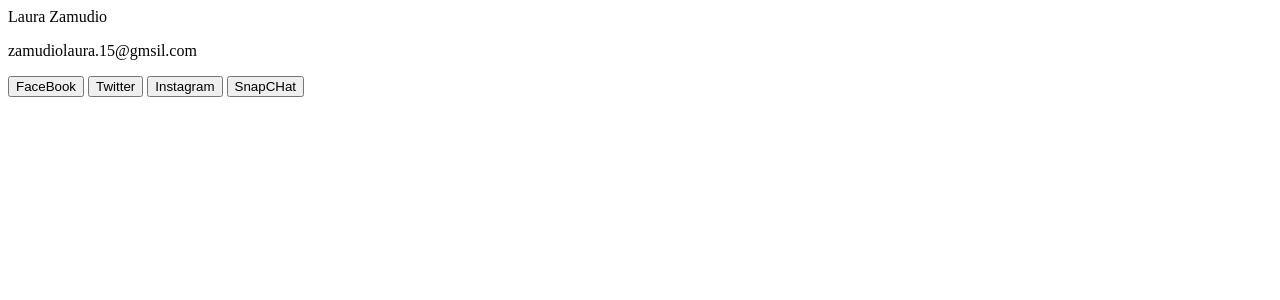
Repository: ZamlZam/LINK.
Page: index.html
These files come from the project's save history. The page is drawn as it stood at one moment and after a run of saves; the edit follows.
The browser window is 1280 px wide. The pictures show the whole page.

Above is the page before, as saved 2023-04-16 15:31:09.

### index.html
<!DOCTYPE html>
<html lang="en">
<head>
  <meta charset="UTF-8">
  <meta http-equiv="X-UA-Compatible" content="IE=edge">
  <meta name="viewport" content="width=device-width, initial-scale=1.0">
  <title>Link in bio</title>
</head>
<body>
  <hi> Laura Zamudio</hi>
  <p>zamudiolaura.15@gmsil.com</p>

 <div class="d-grid gap-2 col-6 mx-auto">
  <button class="btn btn-primary" type="button">FaceBook</button>
  <button class="btn btn-primary" type="button">Twitter</button>
  <button class="btn btn-primary" type="button">Instagram</button>
  <button class="btn btn-primary" type="button">SnapCHat</button>
</div>
</div>
</body>
</html>

After the next 2 saves:
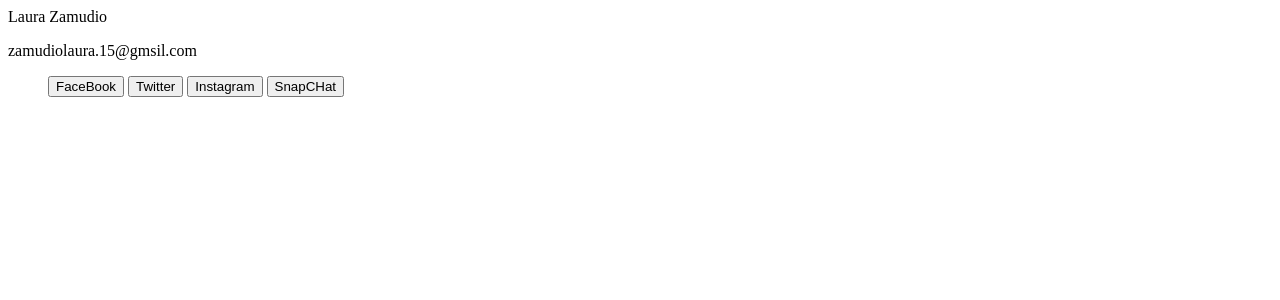
The 2 saves are shown as one change because they came seconds apart.
The last was saved 18 s later.
--- a/index.html
+++ b/index.html
@@ -9,7 +9,7 @@
 <body>
   <hi> Laura Zamudio</hi>
   <p>zamudiolaura.15@gmsil.com</p>
-
+  <ul
  <div class="d-grid gap-2 col-6 mx-auto">
   <button class="btn btn-primary" type="button">FaceBook</button>
   <button class="btn btn-primary" type="button">Twitter</button>

After the 4 saves that followed:
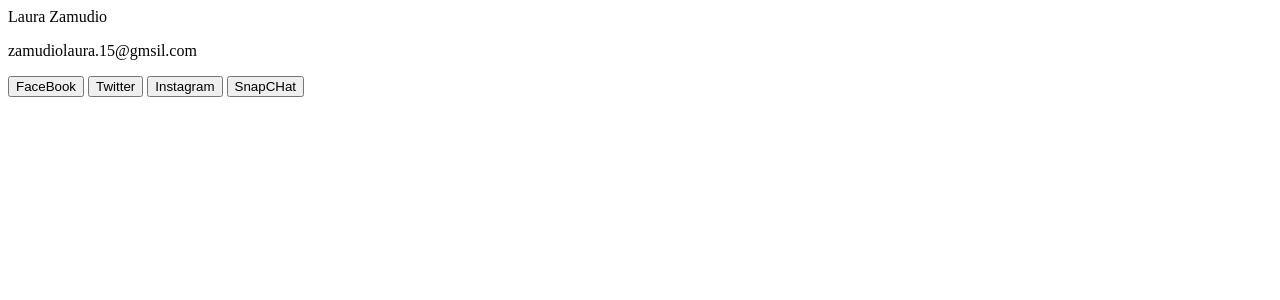
The 4 saves are shown as one change because 2 left the picture as it was and some came seconds apart.
The last was saved 25 s later.
--- a/index.html
+++ b/index.html
@@ -9,7 +9,7 @@
 <body>
   <hi> Laura Zamudio</hi>
   <p>zamudiolaura.15@gmsil.com</p>
-  <ul
+  <ul class="links"></ul>
  <div class="d-grid gap-2 col-6 mx-auto">
   <button class="btn btn-primary" type="button">FaceBook</button>
   <button class="btn btn-primary" type="button">Twitter</button>
